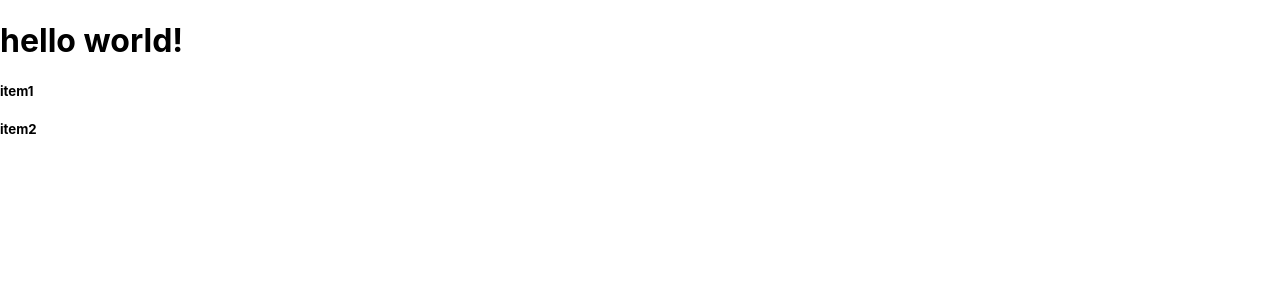
Repository: Criiis/ToDoWithReact
Page: /
An editor plug-in stored every save of this project. The page is shown before and after the next save, followed by the edit.
The browser window is 1280 px wide. The pictures show the whole page.
The project was rebuilt for these pictures with package versions that can differ from the ones it lists, and the page was loaded fresh each time.

Above is the page before, as saved 2021-01-05 16:35:19.

### src/App.js
import React from 'react';



function App() {


  let data = [
    {
      "item": "item1",
      "status": "uncomplete",
      "registration": new Date('2021-03-03'),
    },
    {
      "item": "item2",
      "status": "complete",
      "registration": new Date('2021-06-03')
    }
  ];




  localStorage.setItem('itemsToDo', JSON.stringify(data));
  let getLocalArray = localStorage.getItem('itemsToDo');
  let  transformArrayInJson= JSON.parse(getLocalArray);

  console.log(transformArrayInJson)

  // token.map( merda => (
  //   console.log(merda)
  // ))


const doubled = transformArrayInJson.map((item) => item.item);
console.log(doubled);


function handleClick(e) {
  e.preventDefault();
  console.log(e.target);
}




  return (
    <>
    <h1>hello world!</h1>
    {
      transformArrayInJson.map((item) => (
        <h5 onClick={handleClick} className={item.status}>{item.item}</h5>
      ))
    }
    </>
  );
}

export default App;

Loaded but not shown: public/index.html (common file); src/index.js (common file); src/index.css (common file); src/reportWebVitals.js (common file)

After the next save:
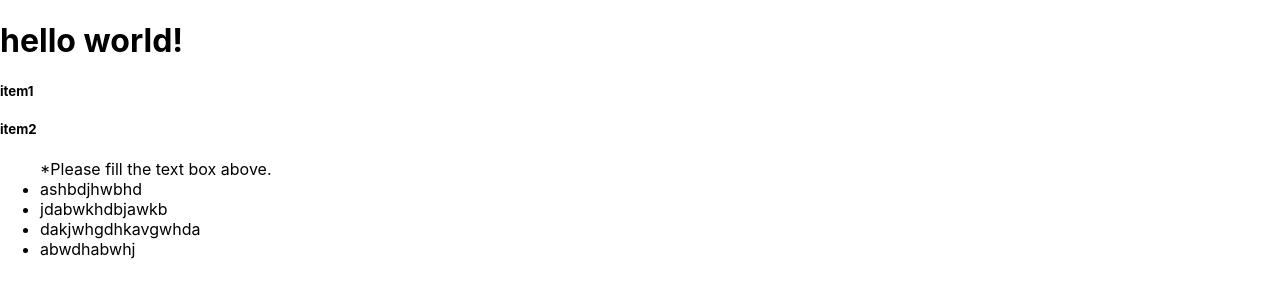
Saved 3 min 9 s later.
--- a/src/App.js
+++ b/src/App.js
@@ -52,6 +52,11 @@ function handleClick(e) {
         <h5 onClick={handleClick} className={item.status}>{item.item}</h5>
       ))
     }
+
+
+<ul class="to-do-list">
+            <span class="error">*Please fill the text box above.</span>
+        <div class="item"><li>ashbdjhwbhd</li><i class="fas fa-edit"></i><i class="fas fa-trash"></i></div><div class="item"><li>jdabwkhdbjawkb</li><i class="fas fa-edit"></i><i class="fas fa-trash"></i></div><div class="item"><li>dakjwhgdhkavgwhda</li><i class="fas fa-edit"></i><i class="fas fa-trash"></i></div><div class="item"><li>abwdhabwhj</li><i class="fas fa-edit"></i><i class="fas fa-trash"></i></div></ul>
     </>
   );
 }
